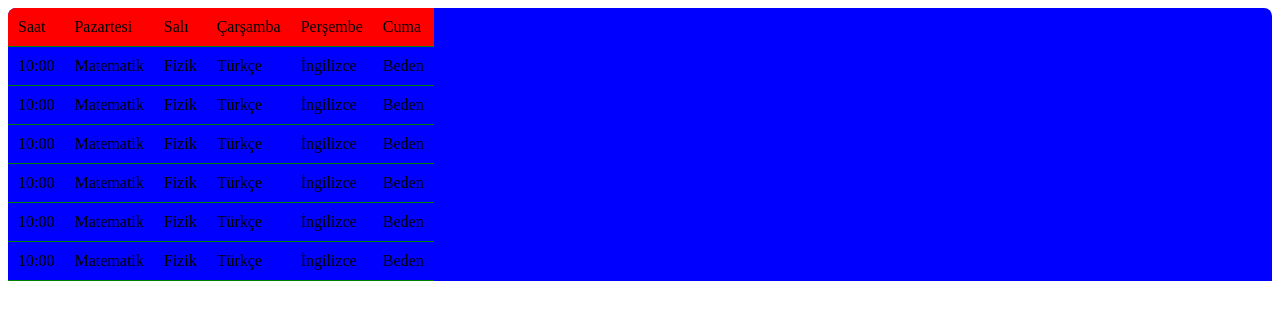
Repository: ahmetbugraozcan/css-ders-programi
Page: deneme2.html
These files come from the project's save history. The page is drawn as it stood at one moment and after the next save; the edit follows.
The browser window is 1280 px wide. The pictures show the whole page.

Above is the page before, as saved 2021-07-10 14:36:54.

### deneme2.html
<!DOCTYPE html>
<html>

<head>
    <style>
        *{
            box-sizing: border-box;
        }
        .head {
            background-color: red;

        }
        .row {
            border-radius: 8px 8px 0 0;
            overflow: hidden;
            display: flex;
            flex-direction: row;
            background-color: blue;

        }
        .row > div > div{
            border-bottom: 1px solid green;
            max-width:100%;
  max-height:100%;
        }

        .row > div > div , .head{
            padding: 10px;
        }

    </style>
</head>

<body>
    <div class="row">
        <div>
            <div class="head"> Saat</div>
            <div>10:00</div>
            <div>10:00</div>
            <div>10:00</div>
            <div>10:00</div>
            <div>10:00</div>
            <div>10:00</div>
        </div>
        <div>
            <div class="head"> Pazartesi</div>
            <div>Matematik</div>
            <div>Matematik</div>
            <div>Matematik</div>
            <div>Matematik</div>
            <div>Matematik</div>
            <div>Matematik</div>
        </div>
        <div>
            <div class="head">Salı</div>
            <div>Fizik</div>
            <div>Fizik</div>
            <div>Fizik</div>
            <div>Fizik</div>
            <div>Fizik</div>
            <div>Fizik</div>
        </div>
        <div>
            <div class="head">Çarşamba</div>
            <div>Türkçe</div>
            <div>Türkçe</div>
            <div>Türkçe</div>
            <div>Türkçe</div>
            <div>Türkçe</div>
            <div>Türkçe</div>

        </div>
        <div>
            <div class="head">Perşembe</div>
            <div>İngilizce</div>
            <div>İngilizce</div>
            <div>İngilizce</div>
            <div>İngilizce</div>
            <div>İngilizce</div>
            <div>İngilizce</div>
        </div>
        <div>
            <div class="head">Cuma</div>
            <div>Beden</div>
            <div>Beden</div>
            <div>Beden</div>
            <div>Beden</div>
            <div>Beden</div>
            <div>Beden</div>

        </div>
    </div>

</body>

</html>

After the next save:
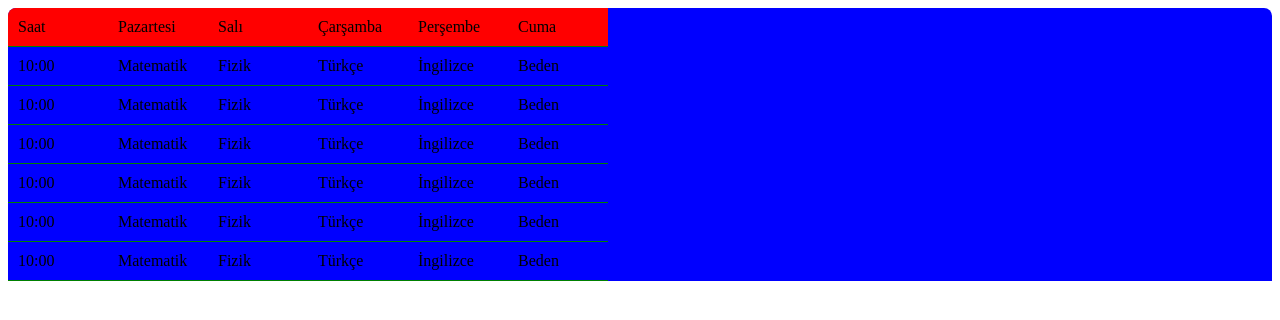
Saved 5 s later.
--- a/deneme2.html
+++ b/deneme2.html
@@ -20,8 +20,7 @@
         }
         .row > div > div{
             border-bottom: 1px solid green;
-            max-width:100%;
-  max-height:100%;
+            width: 100px;
         }
 
         .row > div > div , .head{

After the save that followed:
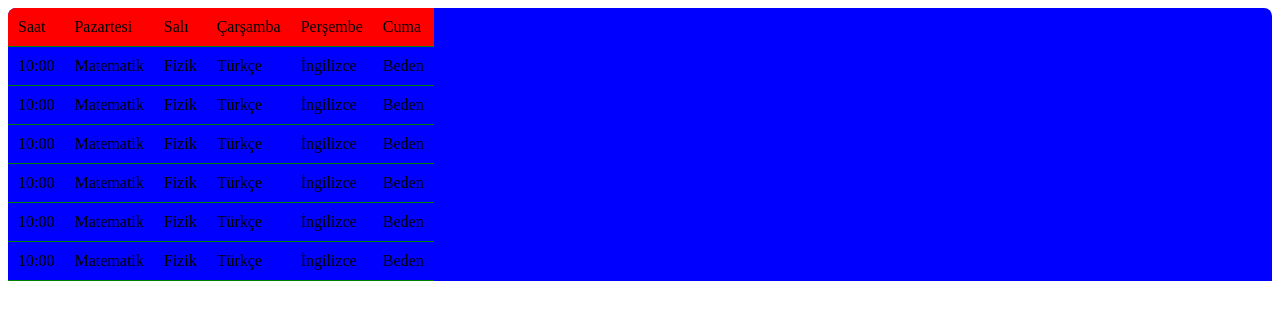
Saved 8 s later.
--- a/deneme2.html
+++ b/deneme2.html
@@ -20,7 +20,7 @@
         }
         .row > div > div{
             border-bottom: 1px solid green;
-            width: 100px;
+            width: 100%;
         }
 
         .row > div > div , .head{
